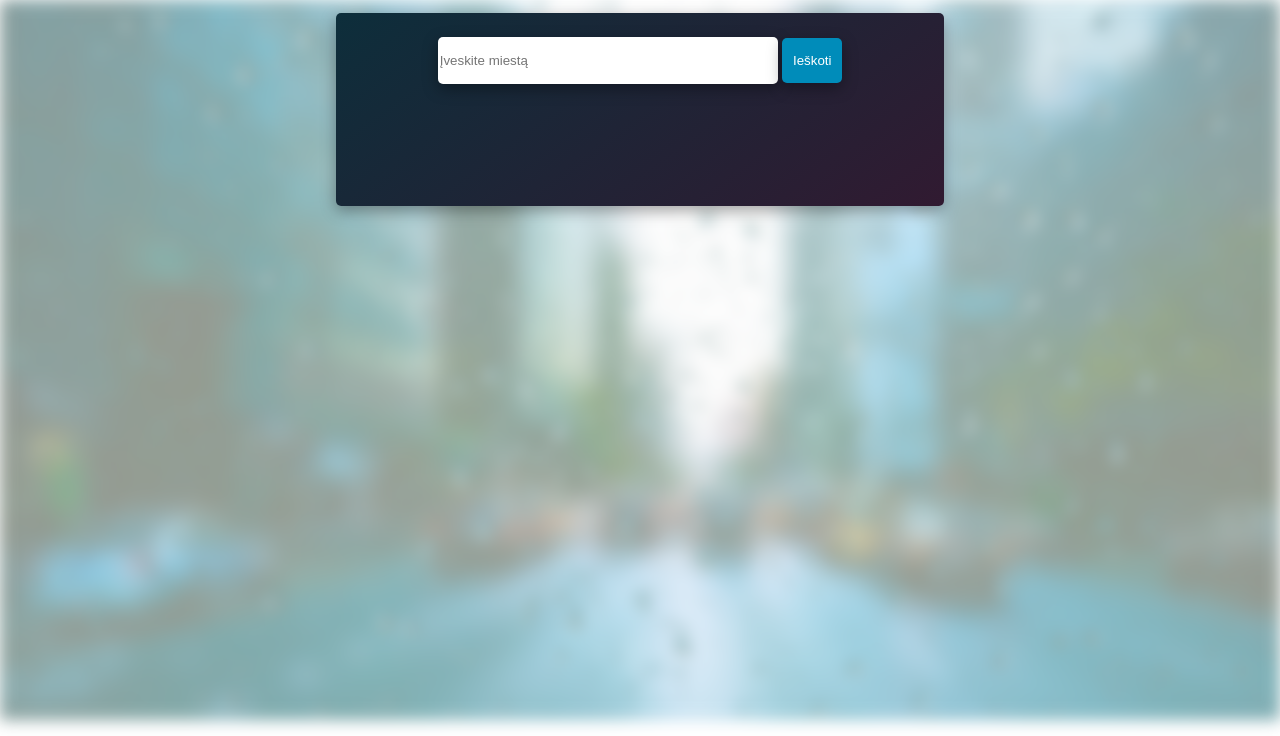
Repository: daxazz1/Weather-app
Page: index.html
The author's editor kept a copy of each file at every save. The page is drawn from the files as they stood at one save, then again after the next save.
The browser window is 1280 px wide. The pictures show the whole page.

Above is the page before, as saved 2021-11-08 14:37:07.
Console error: TypeError: Cannot read properties of null (reading 'addEventListener')

### index.html
<!DOCTYPE html>
<html lang="en">
<head>
    <meta charset="UTF-8">
    <meta http-equiv="X-UA-Compatible" content="IE=edge">
    <meta name="viewport" content="width=device-width, initial-scale=1.0">
    <title>Simple weather app</title>
    <link rel="stylesheet" href="style.css">
    <link rel="preconnect" href="https://fonts.googleapis.com">
    <script src="resources/script.js" defer></script>

</head>
<body>
  <div class="content">
    <div id="wrapper1">
      <div class="input">
        <input id="city" placeholder="Įveskite miestą" required/>
        <button id="search">Ieškoti</button>
      </div>
          <p class="dt"> <span id="datetime"></span></p>
          <div class="siandien">
          <img id="penktas">
          <div id="pirmas"></div>
          <div id="antras"></div>
          <div id="trecias"></div>
          <div id="ketvirtas"></div>
          </div>
          <br><br>
          <!--<button id="prognoze">Prognozė</button>-->
    </div>

    <div id="wrapper2">

      <h1 id="h1"></h1>

    <div class="wrap">

      <div class="rytoj1">
        <table>
          <tr>
            <td><h4 id="h4-1"></h4></td>
            <td><img id="sesto-icon"/></td>
            <td><div id="sestas"></div></td>
            <td><div id="septintas"></div></td>
            <td><div id="astuntas"></div></td>
          </tr>
    </div>

    <div class="rytoj2">

        <tr>
      <td><h4 id="h4-2"></h4></td>
      <td> <img id="devinto-icon"/></td>
      <td> <div id="devintas"></div></td>
      <td> <div id="desimtas"></div></td>
      <td> <div id="vienuoliktas"></div></td>
       </tr>

    </div>

    <div class="rytoj3">

        <tr>
          <td> <h4 id="h4-3"></h4></td>
          <td> <img id="dvylikto-icon"/></td>
          <td> <div id="dvyliktas"></div></td>
          <td> <div id="tryliktas"></div></td>
          <td> <div id="keturioliktas"></div></td>
      </tr>
    </table>
    </div>
  </div>
  </div>

</div>


</body>
</html>

### style.css
#wrapper1,
#wrapper2 {
  color: white;
  width: 35rem;
  text-align: center;
  border-radius: 5px;
  margin: 5px;
  background-color: rgb(255, 255, 255);
  padding: 1.5rem;
  box-shadow: rgba(0, 0, 0, 0.35) 0px 5px 15px;
  background: linear-gradient(0.4turn, #0d2e3b, #311a31);
}

.wrap {
  justify-content: space-around;
  margin-top: 60px;
}
#city {
  width: 60%;
  height: 45px;
  border-radius: 5px;
  border: none;
  box-shadow: rgba(0, 0, 0, 0.35) 0px 5px 15px;
}
button {
  width: 60px;
  height: 45px;
  border: 1px;
  border-radius: 5px;
  color: white;
  background-color: #008cba;
  box-shadow: rgba(0, 0, 0, 0.35) 0px 5px 15px;
  animation: both;
}
button:hover {
  background-color: #1b9cc7;
}

.dt {
  color: rgb(255, 255, 255);
  font-size: 14px;
  padding-top: 10px;
}

#pirmas {
  font-weight: 500;
  font-size: 36px;
}
.rytoj1,
.rytoj2,
.rytoj3 {
  font-size: 12px;
}

#prognoze {
  width: 10rem;
  height: 2rem;
  border: none;
  border-radius: 5px;
  background-color: #008cba;
  color: white;
  box-shadow: rgba(0, 0, 0, 0.35) 0px 5px 15px;
}

#prognoze:hover {
  background-color: #1b9cc7;
}

#h4-1,
#h4-2,
#h4-3 {
  font-size: 12px;
}

body {
  display: flex;
  height: 100vh;
  justify-content: center;
  font-family: -apple-system, BlinkMacSystemFont, "Segoe UI", Roboto, Oxygen,
    Ubuntu, Cantarell, "Open Sans", "Helvetica Neue", sans-serif;
}
body::after {
  content: "";
  background: url(/pics/backg.jpg);
  opacity: 0.5;
  top: 0;
  left: 0;
  bottom: 0;
  right: 0;
  position: absolute;
  z-index: -1;
  background-size: cover;
  filter: blur(8px);
}

### resources/script.js
let apiKey = '460522f216939cb477f8b66006be7948' // jusu api key
let lang = 'lt' // kalba
let units = 'metric' // naudojama metrine sistema
let city = 'Vilnius' // miestas irasytas inpute

let cityName = document.getElementById('city')
let searchButton = document.getElementById('search')

// uzdedu click eventa ant search mygtuko
searchButton.addEventListener('click', getDataFromApi)

// funkcija kuri gauna duomenis is API
function getDataFromApi() {
    // paimu irasyta miesta is input ir nustatau
    city = cityName.value

    // url yra skirtas pasiimti duomenis is api
    let url = 'https://api.openweathermap.org/data/2.5/forecast?' +
        'q=' + city +
        '&units=' + units +
        '&lang=' + lang +
        '&appid=' + apiKey

    // su fetch funkcija pasiimu duomenis is api (asinchronine funkcija)
    fetch(url)
        .then(response => response.json())
        // data => jusu kodas
        .then(function (data) {
            //paduodu gautus duomenis i funkcija
            showWeatherInDom(data)
        });
}


document.getElementById("wrapper2").style.display = 'none';



// funkcija kuri gauna duomenis ir juos atvaizduoja
function showWeatherInDom(data) {
    // tikrinu ar mano response yra geras
    if (data.cod === '200') {

    // /prognoze siai dienai

        document.getElementById("pirmas").innerHTML =  data.city.name;
        document.getElementById("antras").innerHTML = "Temperatūra: " + Math.round(data.list[0].main.temp) +" °C / " + "Jaučiama:  " + Math.round(data.list[0].main.feels_like) +" °C";
        document.getElementById("trecias").innerHTML = "Vėjo greitis: " + data.list[0].wind.speed + " m/s";
        document.getElementById("ketvirtas").innerHTML = data.list[0].weather[0].description;


        let iconCode =  data.list[0].weather[0].icon;
        let iconUrl = 'http://openweathermap.org/img/wn/' + iconCode + '@2x.png';
        let image = document.getElementById("penktas");
        image.src = iconUrl;

        console.log(data.list)

        //prognoze rytoj

        document.getElementById("sestas").innerHTML =  "Temperatūra: " + Math.round(data.list[6].main.temp) +" °C / " + "Jaučiama:  " + Math.round(data.list[6].main.feels_like) +" °C";
        document.getElementById("septintas").innerHTML = "Vėjo greitis: " + data.list[6].wind.speed + " m/s";
        document.getElementById("astuntas").innerHTML = data.list[6].weather[0].description;

        let iconCode2 =  data.list[6].weather[0].icon;
        let image2 = document.getElementById("sesto-icon");
        let iconUrl2 = 'http://openweathermap.org/img/wn/' + iconCode2 + '@2x.png';
        image2.src = iconUrl2;

     //prognoze poryt

        document.getElementById("devintas").innerHTML =  "Temperatūra: " + Math.round(data.list[14].main.temp) +" °C / " + "Jaučiama:  " + Math.round(data.list[14].main.feels_like) +" °C";
        document.getElementById("desimtas").innerHTML = "Vėjo greitis: " + data.list[14].wind.speed + " m/s";
        document.getElementById("vienuoliktas").innerHTML = data.list[14].weather[0].description;

        let iconCode3 =  data.list[14].weather[0].icon;
        let image3 = document.getElementById("devinto-icon");
        let iconUrl3 = 'http://openweathermap.org/img/wn/' + iconCode3 + '@2x.png';
        image3.src = iconUrl3;

     //prognoze po 2 dienu

        document.getElementById("dvyliktas").innerHTML =  "Temperatūra: " + Math.round(data.list[22].main.temp) +" °C / " + "Jaučiama:  " + Math.round(data.list[22].main.feels_like) +" °C";
        document.getElementById("tryliktas").innerHTML = "Vėjo greitis: " + data.list[22].wind.speed + " m/s";
        document.getElementById("keturioliktas").innerHTML = data.list[22].weather[0].description;

        let iconCode4 =  data.list[22].weather[0].icon;
        let image4 = document.getElementById("dvylikto-icon");
        let iconUrl4 = 'http://openweathermap.org/img/wn/' + iconCode4 + '@2x.png';
        image4.src = iconUrl4;




        document.getElementById("wrapper1").appendChild('div')
        document.getElementById("h1").textContent = "Prognozė";
        document.getElementById("h4-1").innerHTML = data.list[6].dt_txt;
        document.getElementById("h4-2").textContent = data.list[14].dt_txt;
        document.getElementById("h4-3").textContent = data.list[22].dt_txt;

        //Šios dienos data
        let dt = new Date();
        document.getElementById("datetime").innerHTML = "Data: " + dt.toLocaleString();

    } else {
        console.log('Kazkas negerai', data)
    }
}

//miesto pasirinkimas Enter mygtuku

let input = document.getElementById("city");
input.addEventListener("keyup", function(event) {
    if (event.keyCode === 13) {
        event.preventDefault();
        document.getElementById("search").click();
    }
});

//prognozes langas appear/dissapear

function tomorrowWeatherDiv() {

    const wrapperis = document.getElementById('wrapper2');
    if (wrapperis.style.display !== "none") {
        wrapperis.style.display = "none";
    }else {
        wrapperis.style.display = "block";
        }
    }
document.getElementById("prognoze").addEventListener('click', tomorrowWeatherDiv)

After the next save:
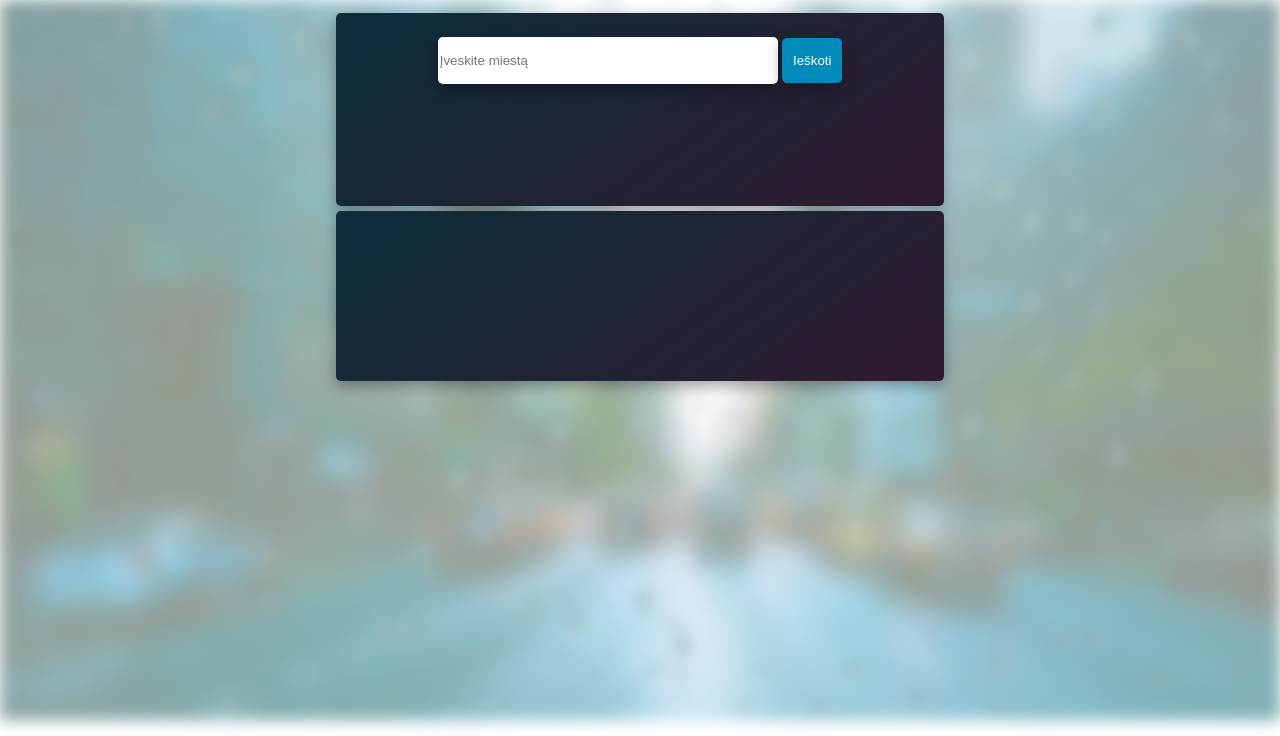
Console error: SyntaxError: Unexpected token '<'
Saved 9 s later.
--- a/resources/script.js
+++ b/resources/script.js
@@ -89,6 +89,7 @@
         let iconUrl4 = 'http://openweathermap.org/img/wn/' + iconCode4 + '@2x.png';
         image4.src = iconUrl4;
 
+        let prognozemygtukas = document.createElement(<button id="prognoze">Prognozė</button>)
 
 
 

After the save that followed:
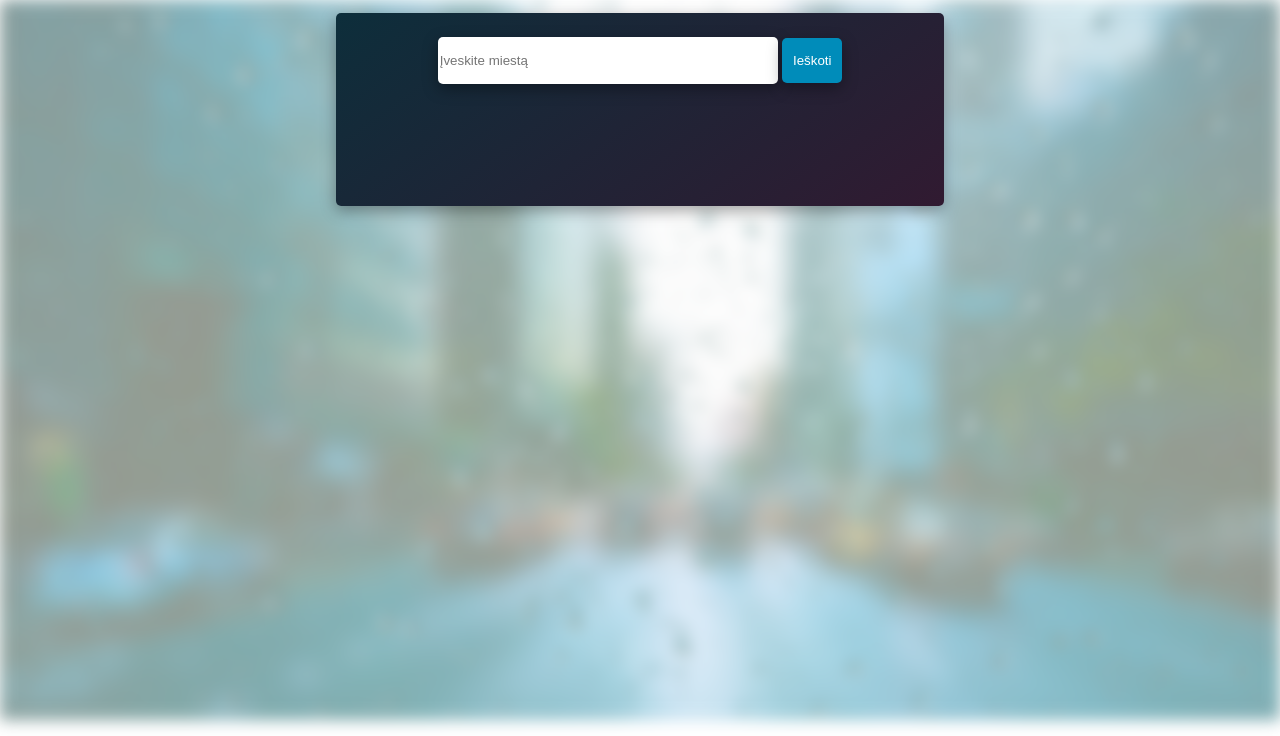
Console error: TypeError: Cannot read properties of null (reading 'addEventListener')
Saved 19 s later.
--- a/resources/script.js
+++ b/resources/script.js
@@ -89,7 +89,7 @@
         let iconUrl4 = 'http://openweathermap.org/img/wn/' + iconCode4 + '@2x.png';
         image4.src = iconUrl4;
 
-        let prognozemygtukas = document.createElement(<button id="prognoze">Prognozė</button>)
+        let prognozemygtukas = document.createElement('<button id="prognoze">Prognozė</button>')
 
 
 
